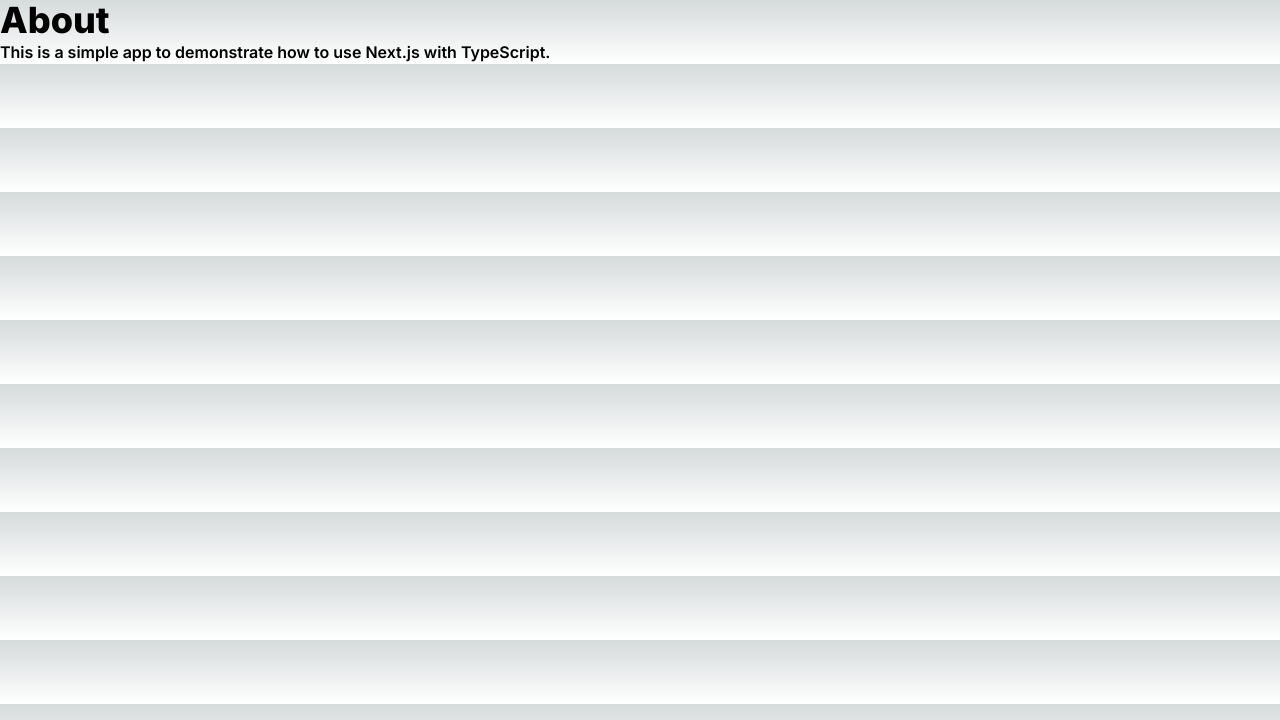
Repository: badhon252/Candidates-portal
Page: /about
An editor plug-in stored every save of this project. The page is shown before and after the next save, followed by the edit.
The browser window is 1280 px wide. The pictures show the whole page.
The project was rebuilt for these pictures with package versions that can differ from the ones it lists, and the page was loaded fresh each time. The framework's server and built-in components were replaced by stand-ins that run in the browser. Also part of the build but not shown: next.config.js.

Above is the page before, as saved 2023-05-31 17:27:36.

### app/layout.tsx
import "./globals.css";
import { Inter } from "next/font/google";

const inter = Inter({ subsets: ["latin"] });

export const metadata = {
  title: "Movie Vault",
  description: "Movie Vault is a place to store your favorite movies",
};

export default function RootLayout({
  children,
}: {
  children: React.ReactNode;
}) {
  return (
    <html lang="en">
      <body className={inter.className}>{children}</body>
    </html>
  );
}

### app/about/page.tsx
export default function page() {
  return (
    <div className="">
      <h1 className="block text-4xl font-extrabold">About</h1>
      <p className="font-semibold">
        This is a simple app to demonstrate how to use Next.js with TypeScript.
      </p>
    </div>
  );
}

Loaded but not shown: app/globals.css (common file); tailwind.config.js (common file)

After the next save:
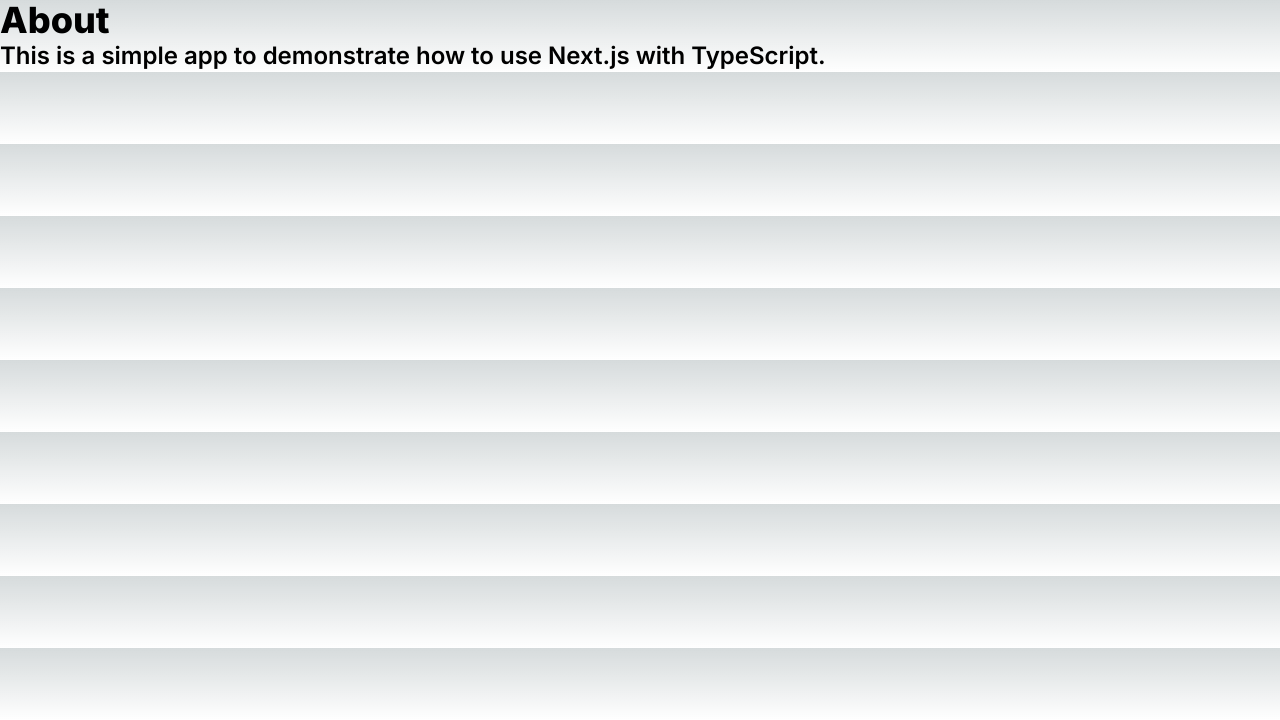
Saved 9 s later.
--- a/app/about/page.tsx
+++ b/app/about/page.tsx
@@ -2,7 +2,7 @@
   return (
     <div className="">
       <h1 className="block text-4xl font-extrabold">About</h1>
-      <p className="font-semibold">
+      <p className="font-semibold text-2xl">
         This is a simple app to demonstrate how to use Next.js with TypeScript.
       </p>
     </div>
